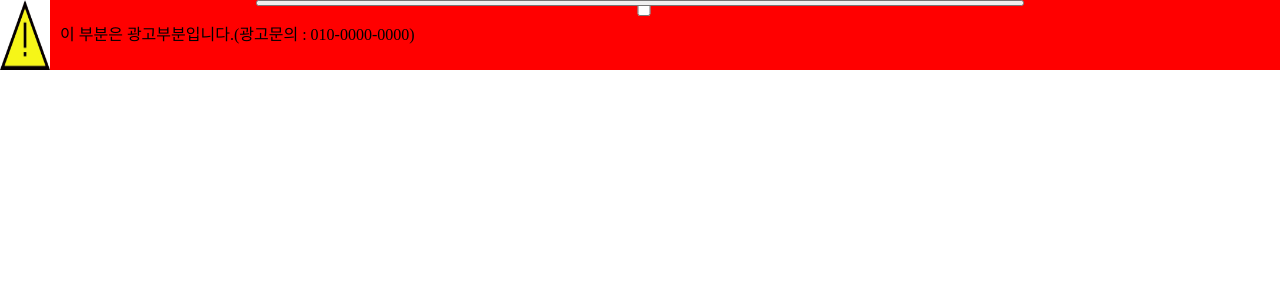
Repository: leehyeonung/myproject
Page: http://localhost/myproject/
The author's editor kept a copy of each file at every save. The page is drawn from the files as they stood at one save, then again after the next save.
The browser window is 1280 px wide. The pictures show the whole page.
The page is served by Tomcat 9.

Above is the page before, as saved 2023-03-15 10:50:21.

### myproject/src/main/webapp/index.jsp
<%@ page language="java" contentType="text/html; charset=EUC-KR"
    pageEncoding="EUC-KR"%>
<!DOCTYPE html>
<html>
<head>
<meta charset="EUC-KR">
<title>index</title>
</head>
<body>
<jsp:include page="header.jsp"></jsp:include>
<section>

</section>
<jsp:include page="footer.jsp"></jsp:include>
</body>
</html>

### myproject/src/main/webapp/header.jsp
<%@ page language="java" contentType="text/html; charset=EUC-KR"
    pageEncoding="EUC-KR"%>
<!DOCTYPE html>
<html>
<head>
<meta charset="EUC-KR">
<title>header</title>
<link rel="stylesheet" type="text/css" href="/resources/css/header.css">
</head>
<body>

<div class="ad">
<img alt="" src="/resources/image/warning2.jpg">
<div class="ad_text">
이 부분은 광고부분입니다.(광고문의 : 010-0000-0000)
</div>
<input type="checkbox" value="오늘하루 열지 않음" >
<button type="button" name="ad_button" value="asdf"></button>
</div>

<header>
</header>

<nav>
</nav>



</body>
</html>

### myproject/src/main/webapp/footer.jsp
<%@ page language="java" contentType="text/html; charset=EUC-KR"
    pageEncoding="EUC-KR"%>
<!DOCTYPE html>
<html>
<head>
<meta charset="EUC-KR">
<title>footer</title>
</head>
<body>

</body>
</html>

### myproject/src/main/webapp/resources/css/header.css
*{
	position: fixed;
	width:60%;
	left:20%;
}

.ad img{
	left:0px;
	width:50px;
	height: 70px;
}

.ad{
	left:0px;
	width:100%;
	top:0px;
	height:70px;
	background-color: red;
	line-height: 70px;
}
.ad_text{
	left:50px;
	padding-left: 10px;
}
header{

}

nav{

}

After the next save:
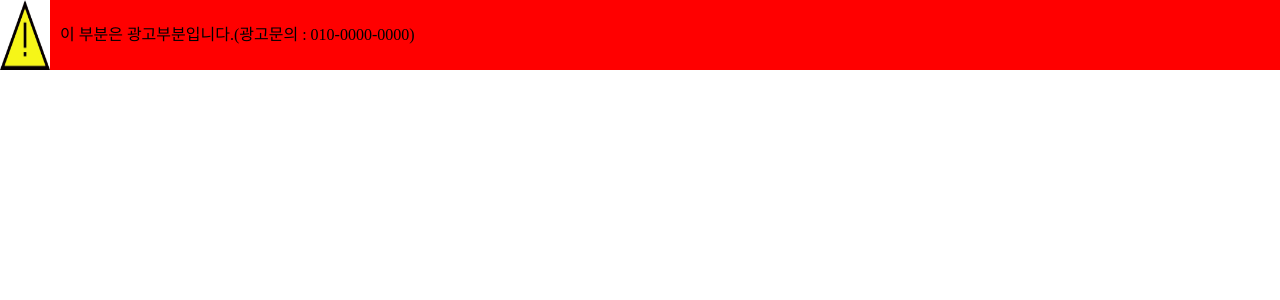
Saved 57 s later.
--- a/myproject/src/main/webapp/header.jsp
+++ b/myproject/src/main/webapp/header.jsp
@@ -11,11 +11,11 @@
 
 <div class="ad">
 <img alt="" src="/resources/image/warning2.jpg">
+
 <div class="ad_text">
 이 부분은 광고부분입니다.(광고문의 : 010-0000-0000)
 </div>
-<input type="checkbox" value="오늘하루 열지 않음" >
-<button type="button" name="ad_button" value="asdf"></button>
+
 </div>
 
 <header>
